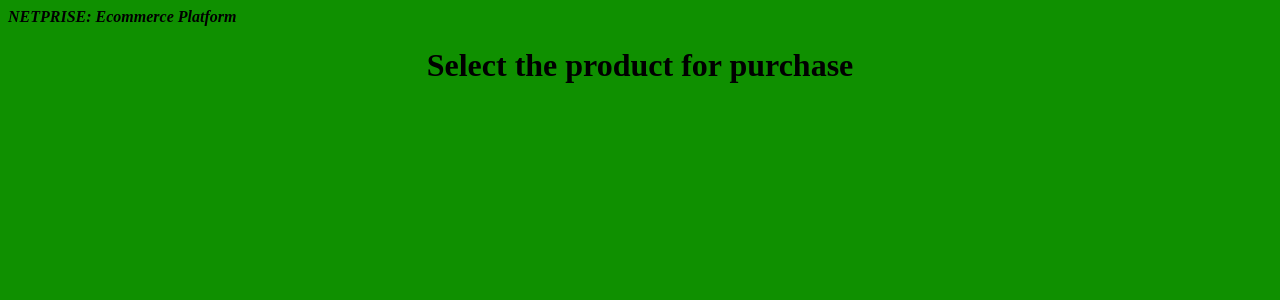
Repository: loky91/MYLABSONLY
Page: http://localhost/NETPRISE_TASK/home.jsp
The author's editor kept a copy of each file at every save. The page is drawn from the files as they stood at one save, then again after the next save.
The browser window is 1280 px wide. The pictures show the whole page.
The page is served by Tomcat 9. Other server files are loaded and not shown. Queries for data that is not in the repository find no rows.

Above is the page before, as saved 2017-10-19 06:07:20.

### E_commerce/NETPRISE_TASK/src/main/webapp/home.jsp
<%@ page language="java" contentType="text/html; charset=ISO-8859-1"
    pageEncoding="ISO-8859-1"%>
<!DOCTYPE html PUBLIC "-//W3C//DTD HTML 4.01 Transitional//EN" "http://www.w3.org/TR/html4/loose.dtd">
<%@ page import="java.sql.*" %>
<%ResultSet resultset =null;%>

<HTML>
<head>
<meta http-equiv="Content-Type" content="text/html; charset=ISO-8859-1">
<title>WELCOME TO THE PRODUCTS LIST</title>
</head>

<BODY BGCOLOR=##f89ggh>
<B><I>NETPRISE: Ecommerce Platform</I></B>
<%
    try{
//Class.forName("com.mysql.jdbc.Driver").newInstance();
Connection connection = DriverManager.getConnection("jdbc:mysql://localhost:3306/NETPRISE", "root", "root");
        Statement statement = connection.createStatement() ;
        resultset =statement.executeQuery("select * from new") ;
%>

<center>

<form action="">
   <th>
   <tr>   <th><h1> Select the product for purchase</h1></th>    </tr>

        </form>
</center>

<%
//**Should I input the codes here?**
        }
        catch(Exception e)
        {
             out.println("wrong entry"+e);
        }
%>

</BODY>
</HTML>

After the next save:
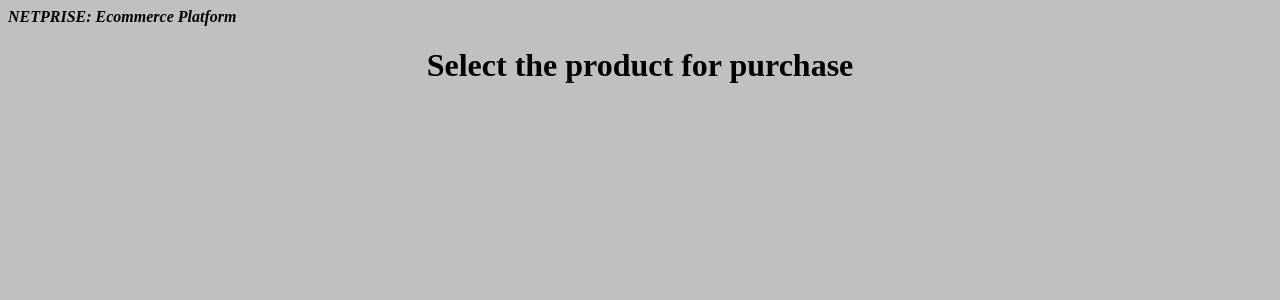
Saved 64 s later.
--- a/E_commerce/NETPRISE_TASK/src/main/webapp/home.jsp
+++ b/E_commerce/NETPRISE_TASK/src/main/webapp/home.jsp
@@ -10,7 +10,7 @@
 <title>WELCOME TO THE PRODUCTS LIST</title>
 </head>
 
-<BODY BGCOLOR=##f89ggh>
+<BODY BGCOLOR=#C0C0C0>
 <B><I>NETPRISE: Ecommerce Platform</I></B>
 <%
     try{
